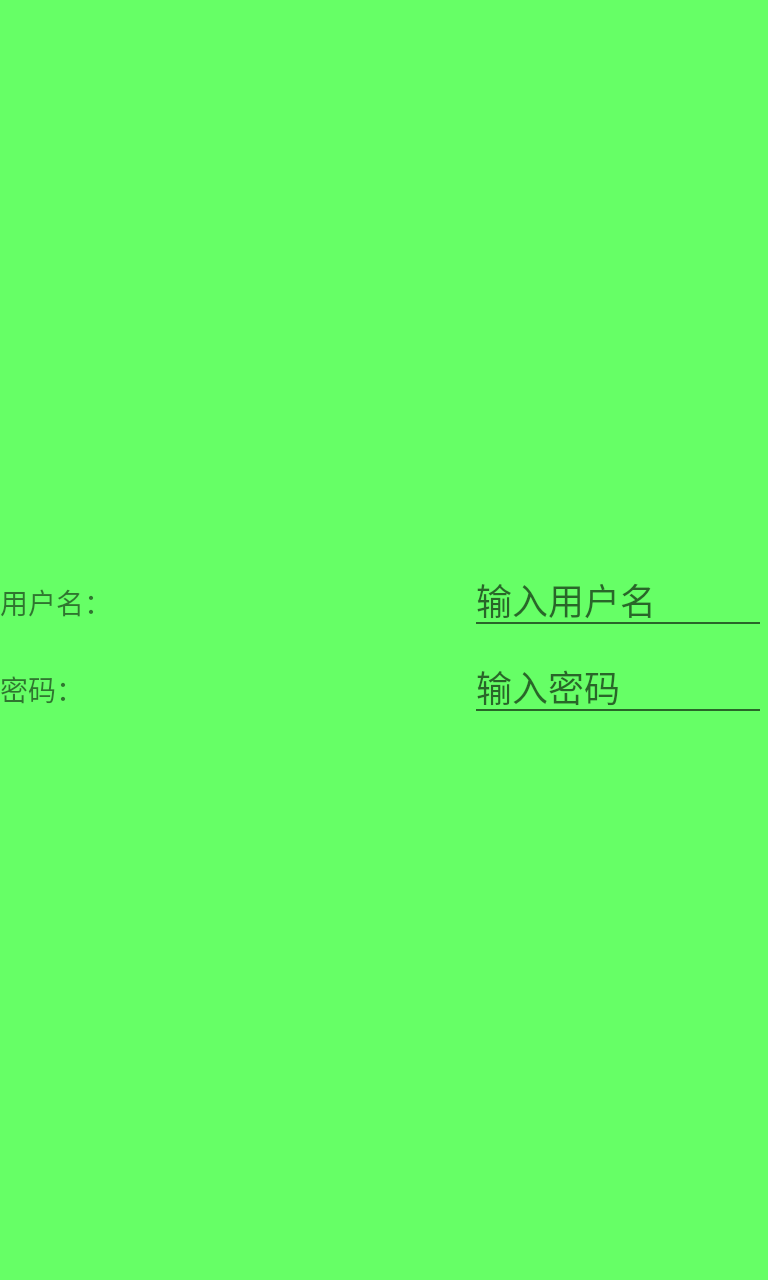
Repository: bingb89/Garbage
Layout: xml/login-demo/res/layout/activity_main.xml
An editor plug-in stored every save of this project. The layout is shown before and after the next save, followed by the edit.
It is drawn on a 768 x 1280 px phone screen (xhdpi) without system bars, with theme AppTheme; the app's code is not run.

Above is the layout before, as saved 2015-12-25 02:32:39.

After the next save:
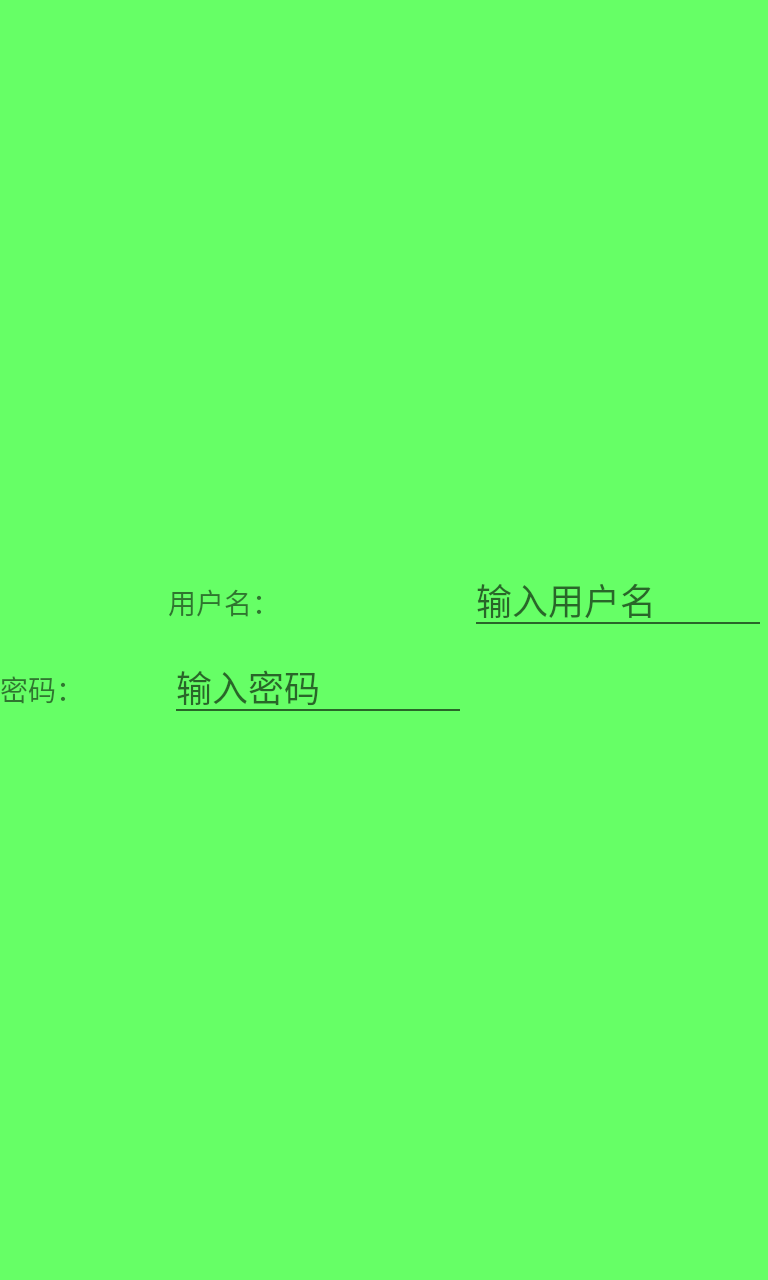
Saved 9 s later.
--- a/xml/login-demo/res/layout/activity_main.xml
+++ b/xml/login-demo/res/layout/activity_main.xml
@@ -9,7 +9,7 @@
     android:stretchColumns="0,3" >
 
     <TableRow>
-
+		<TextView />
         <TextView
             android:id="@+id/text1"
             android:layout_width="wrap_content"
